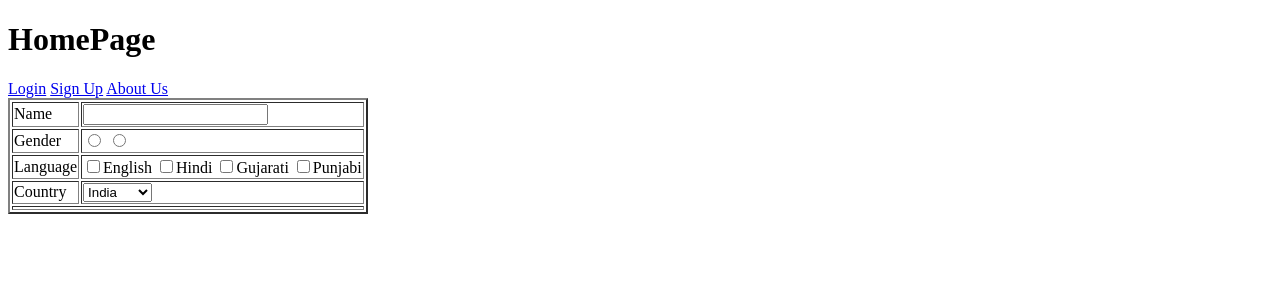
Repository: chirag555/Java_full_stack
Page: http://localhost/BasicMVC/Index.jsp
These files come from the project's save history. The page is drawn as it stood at one moment and after a run of saves; the edit follows.
The browser window is 1280 px wide. The pictures show the whole page.
The page is served by Tomcat 9.

Above is the page before, as saved 2020-02-13 07:44:52.

After the next 2 saves:
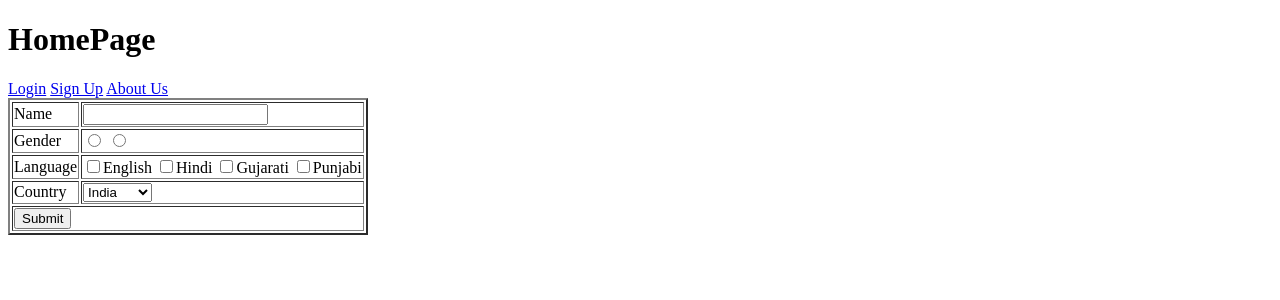
The 2 saves are shown as one change because they came seconds apart.
The last was saved 16 s later.
--- a/BasicMVC/WebContent/Index.jsp
+++ b/BasicMVC/WebContent/Index.jsp
@@ -40,6 +40,7 @@ Country</td><td><select name=country>
 </tr>
 <tr>
 <td colspan=2>
+<input type=submit value=Submit>
 </td>
 </tr>
 </table>
